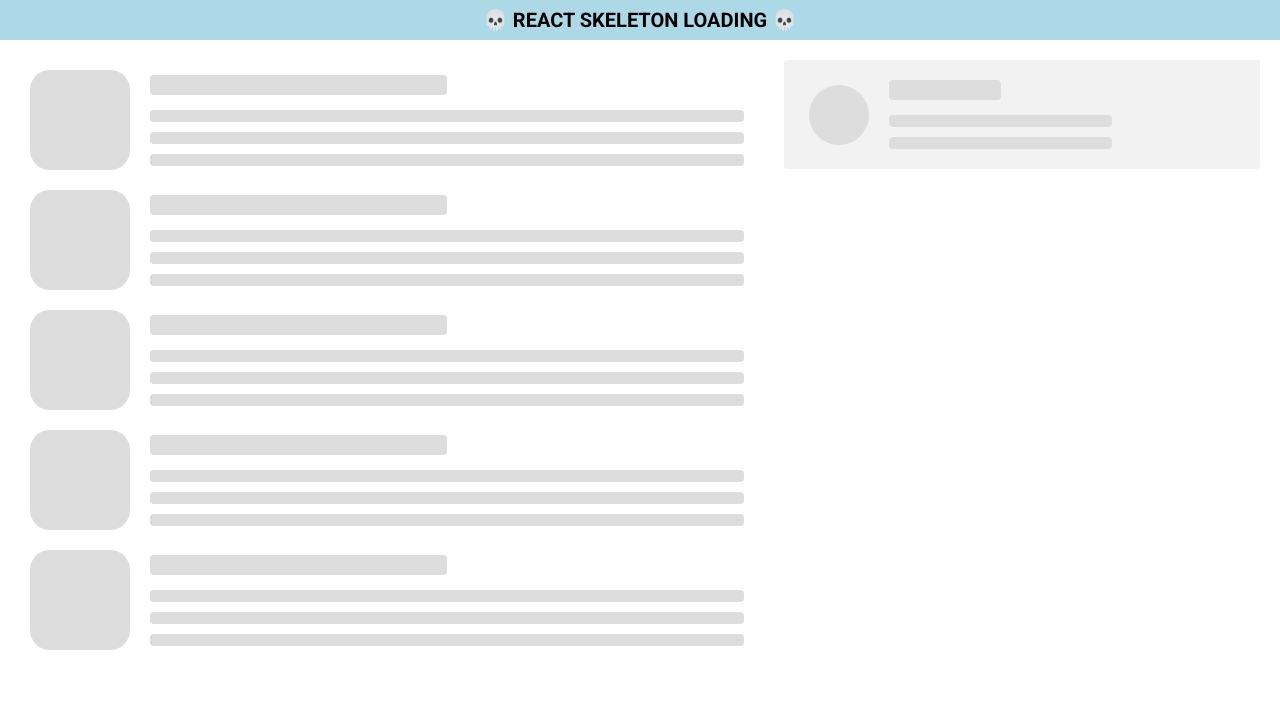
Repository: ethanJones21/React-Skeleton-Loading
Page: /
The author's editor kept a copy of each file at every save. The page is drawn from the files as they stood at one save, then again after the next save.
The browser window is 1280 px wide. The pictures show the whole page.
The page's requests for data from a server got no answer. The project was rebuilt for these pictures with package versions that can differ from the ones it lists, and the page was loaded fresh each time. No one was signed in, and anything a server would have sent is missing. Also part of the build but not shown: src/components/Post.css, src/components/Post.js.

Above is the page before, as saved 2020-11-26 03:33:28.

After the next save:
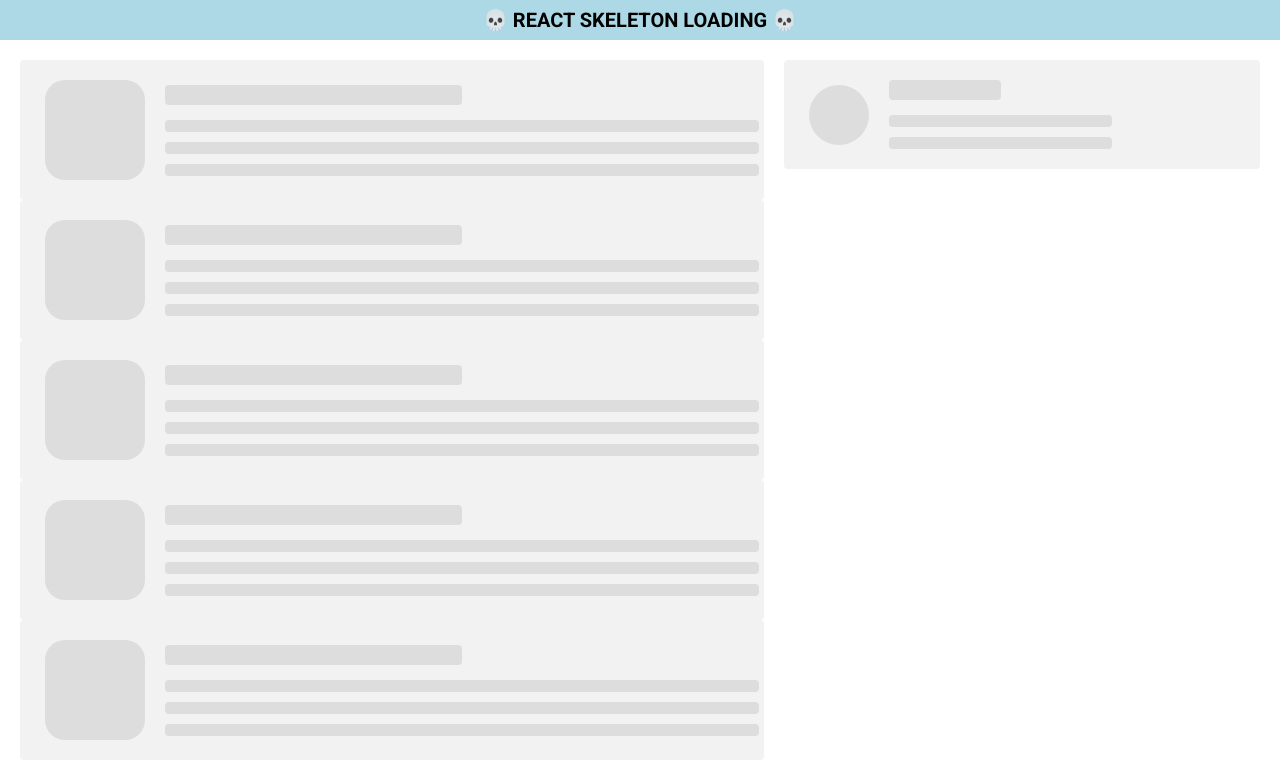
Saved 21 s later.
--- a/src/skeleton/PostSkeleton.css
+++ b/src/skeleton/PostSkeleton.css
@@ -1,6 +1,12 @@
 .postSkeleton {
   display: flex;
   align-items: center;
+  width: 100%;
+  background: #f2f2f2;
+  padding: 10px 15px;
+  border-radius: 4px;
+  position: relative;
+  overflow: hidden;
 }
 
 .postSkeletonRight{
